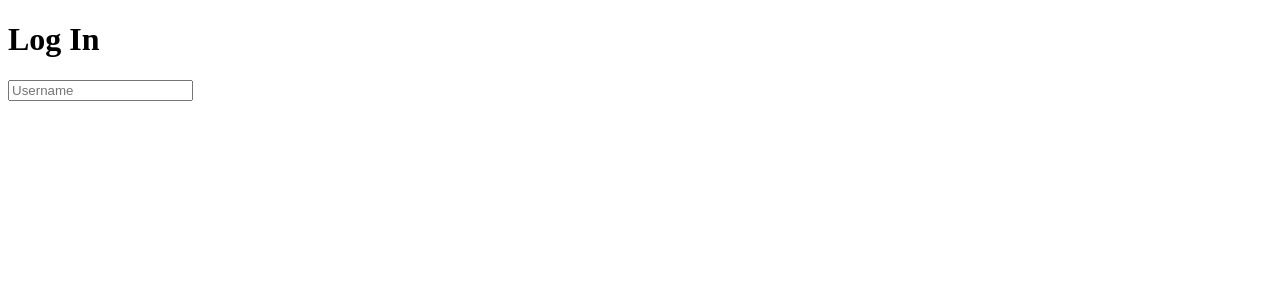
Repository: haosenli/smart-shop
Page: / (app in smart-shop-app/)
These files come from the project's save history. The page is drawn as it stood at one moment and after the next save; the edit follows.
The browser window is 1280 px wide. The pictures show the whole page.
The project was rebuilt for these pictures with package versions that can differ from the ones it lists, and the page was loaded fresh each time. Also part of the build but not shown: smart-shop-app/vite.config.ts.

Above is the page before, as saved 2023-05-03 12:47:23.

After the next save:
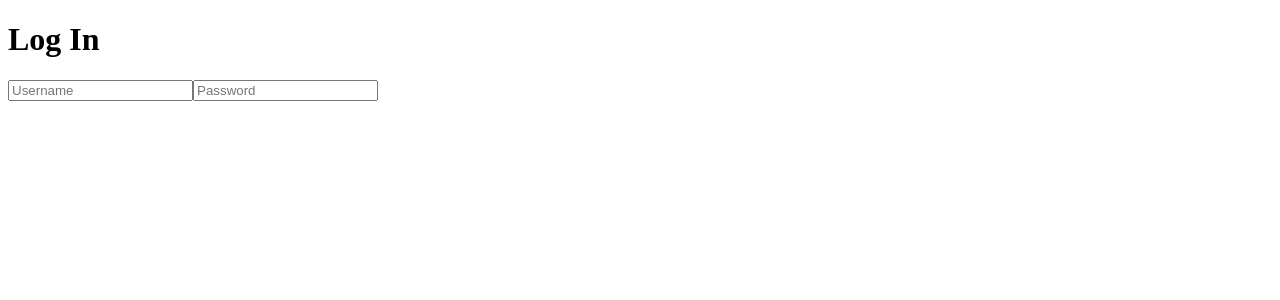
Saved 39 s later.
--- a/smart-shop-app/src/pages/LogIn.tsx
+++ b/smart-shop-app/src/pages/LogIn.tsx
@@ -5,7 +5,14 @@
     return (
         <>
             <h1>Log In</h1>
-            <TextInput placeholderText="Username" textInputId="username" />
+            <TextInput
+                placeholderText="Username"
+                textInputId="login-username"
+            />
+            <TextInput
+                placeholderText="Password"
+                textInputId="login-password"
+            />
         </>
     );
 }
